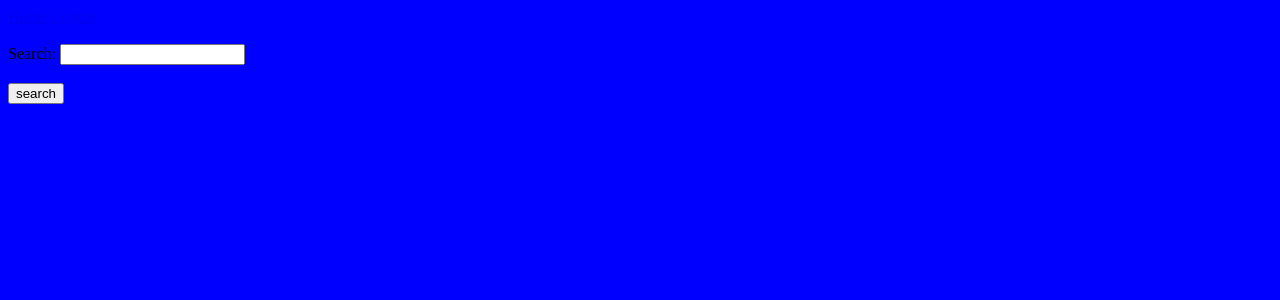
Repository: pawankumarsharm/UST_JDBC_SERVLET
Page: jdbc/empwebapp/WebContent/search.html
These files come from the project's save history. The page is drawn as it stood at one moment and after the next save; the edit follows.
The browser window is 1280 px wide. The pictures show the whole page.

Above is the page before, as saved 2019-11-15 08:50:38.

After the next save:
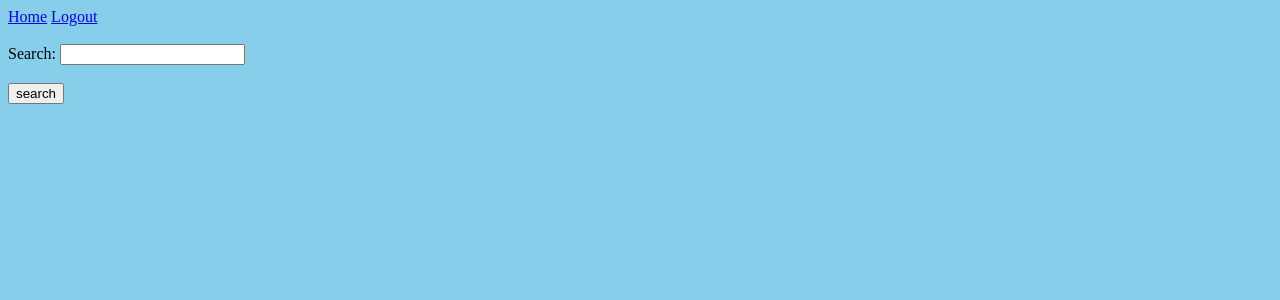
Saved 92 s later.
--- a/jdbc/empwebapp/WebContent/search.html
+++ b/jdbc/empwebapp/WebContent/search.html
@@ -4,7 +4,7 @@
 <meta charset="ISO-8859-1">
 <title>Insert title here</title>
 </head>
-<body bgcolor="blue">
+<body bgcolor="skyblue">
 <form action="">
   <a href="#">Home</a>
 <a href="#">Logout</a><br><br>
